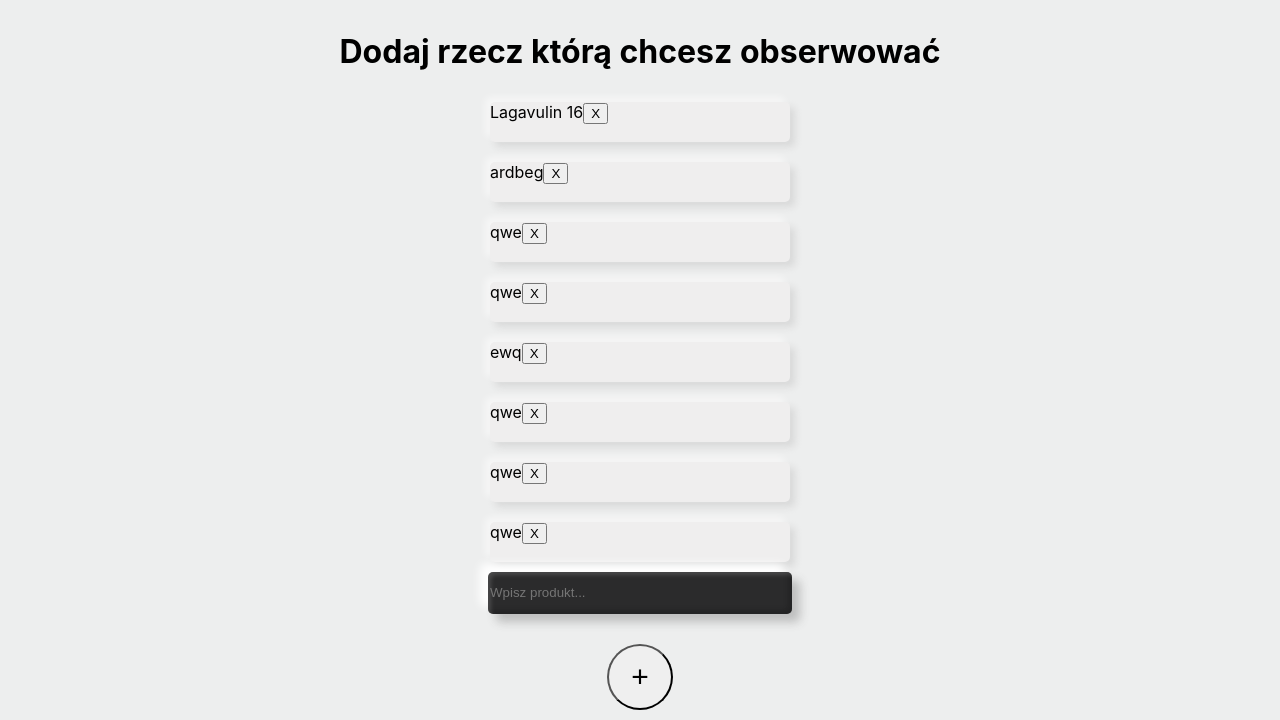
Repository: matedoo/crawler
Page: /MainApp
The author's editor kept a copy of each file at every save. The page is drawn from the files as they stood at one save, then again after the next save.
The browser window is 1280 px wide. The pictures show the whole page.
The project was rebuilt for these pictures with package versions that can differ from the ones it lists, and the page was loaded fresh each time. Requests to the local data server were answered from the project's data file. Also part of the build but not shown: src/Components/button.js, src/Components/LoginComponents/LoginApp.js, src/Components/LoginComponents/RegisterApp.js, src/Components/btnContainer.js, src/Components/heading.js, src/Components/LoginComponents/StartApp.js.

Above is the page before, as saved 2020-05-01 18:21:53.

After the next save:
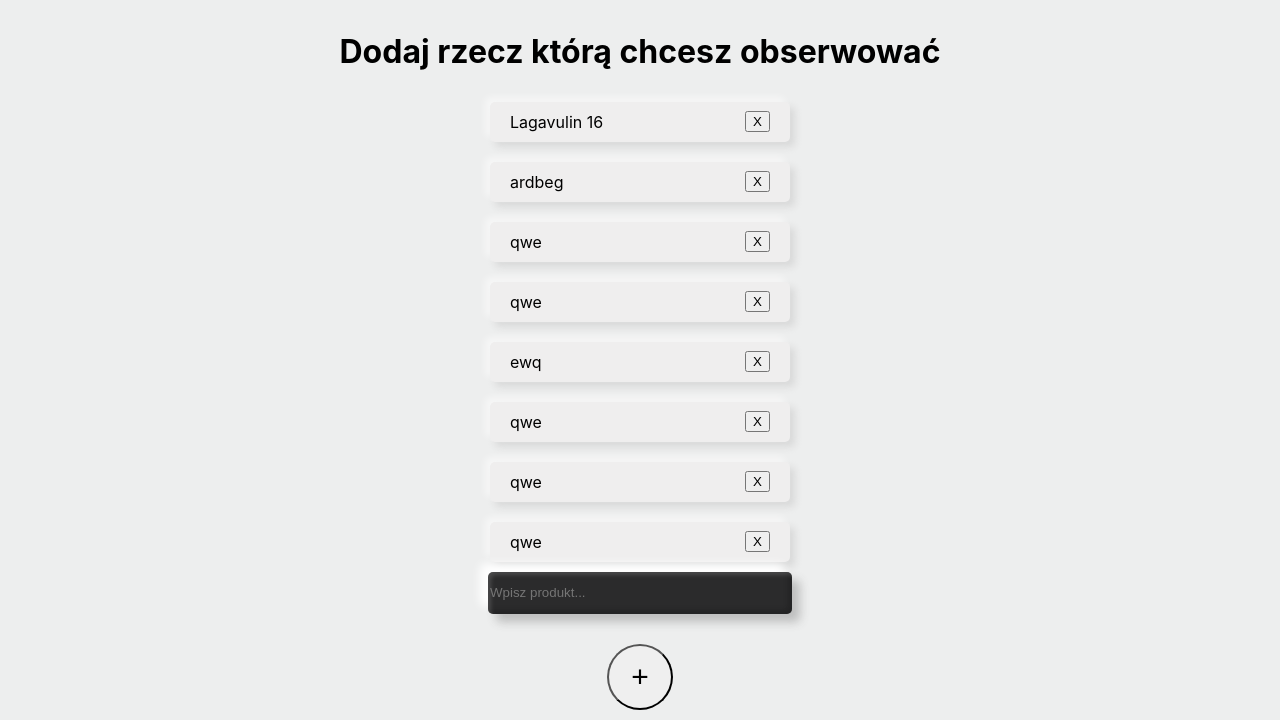
Saved 4 min 4 s later.
--- a/src/Components/MainApp/MainAppElement.js
+++ b/src/Components/MainApp/MainAppElement.js
@@ -15,11 +15,14 @@ function MainAppElement(props){
 export default MainAppElement;
 
 const ElementStyled = styled.div`
-  width: 300px;
+  width: 260px;
   height: 40px;
   margin: 10px 0 10px 0;
   border-radius: 5px;
   box-shadow: -5px -5px 7px 0 rgba(255, 255, 255, 0.5), 5px 5px 7px 0 rgba(194, 193, 192, 0.45);
-
+  display: flex;
+  align-items: center;
+  justify-content: space-between;
+  padding: 0 20px 0 20px;
   background-color: #efeeee;
 `
